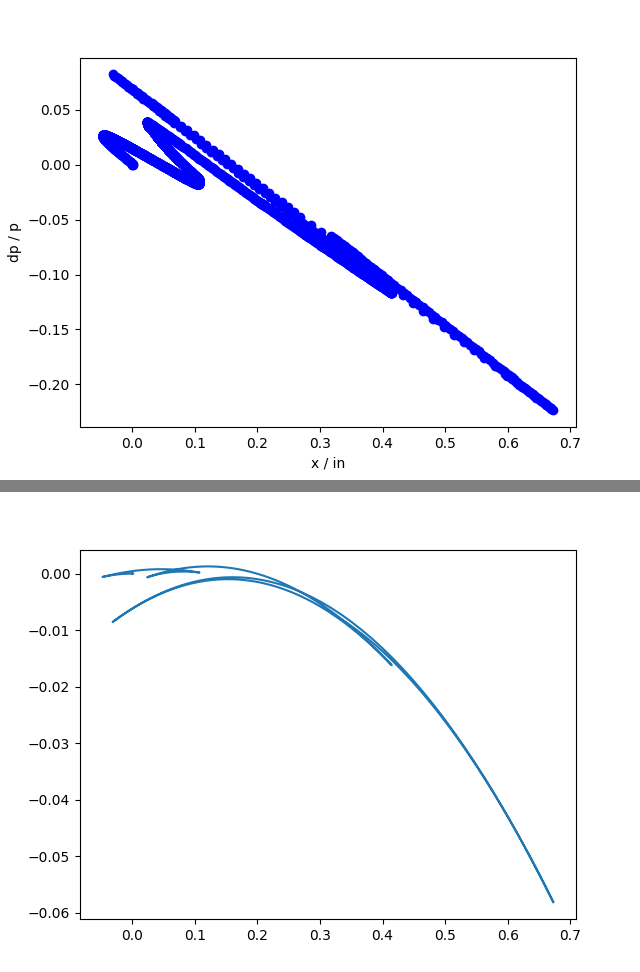
Repository: leiradom/Modified-linear-theory
Script's output: python 3_Shock_correction.py
The author's editor kept a copy of each file at every save. The script's output is drawn from the files as they stood at one save, then again after the next save.
Each picture stacks the figures in order, with grey between them; figures that are only written to a file come last. Random numbers start from a fixed seed.

Above is the script's output before, as saved 2021-04-09 09:09:04.

After the next save:
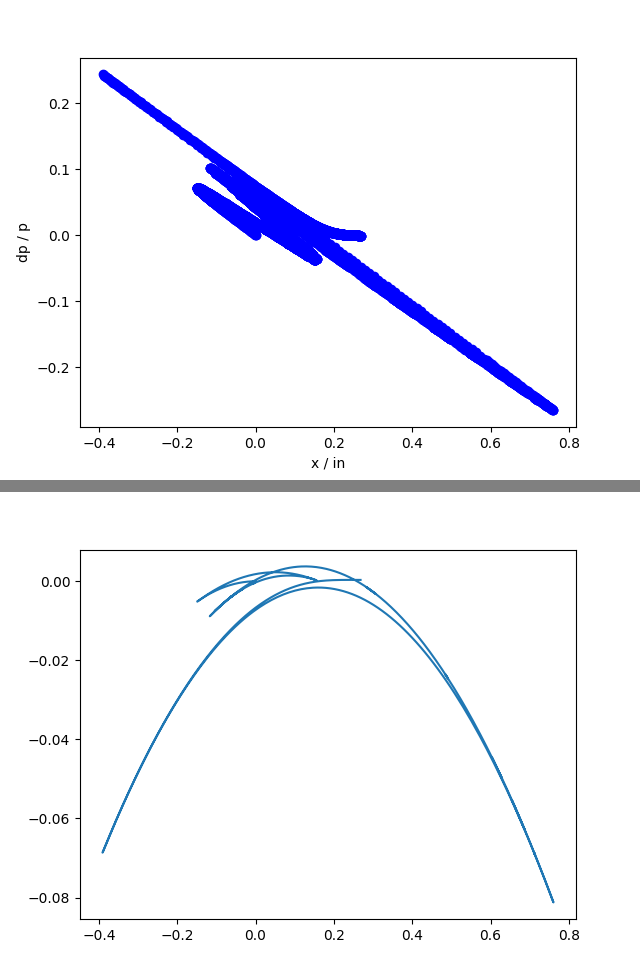
Saved 12 min 8 s later.
--- a/3_Shock_correction.py
+++ b/3_Shock_correction.py
@@ -7,7 +7,7 @@ import math
 import numpy as np
 import matplotlib.pyplot as plt
 
-pressure = np.loadtxt("pressureDWB2.txt",dtype=np.float64)   #存放未修正的压力信号
+pressure = np.loadtxt("pressureDWB1.txt",dtype=np.float64)   #存放未修正的压力信号
 a = len(pressure)                                              #未加点时的点数
 
 X = np.ones(a,dtype=np.float64)     #存放x的数组 用于加点用的横坐标数组
